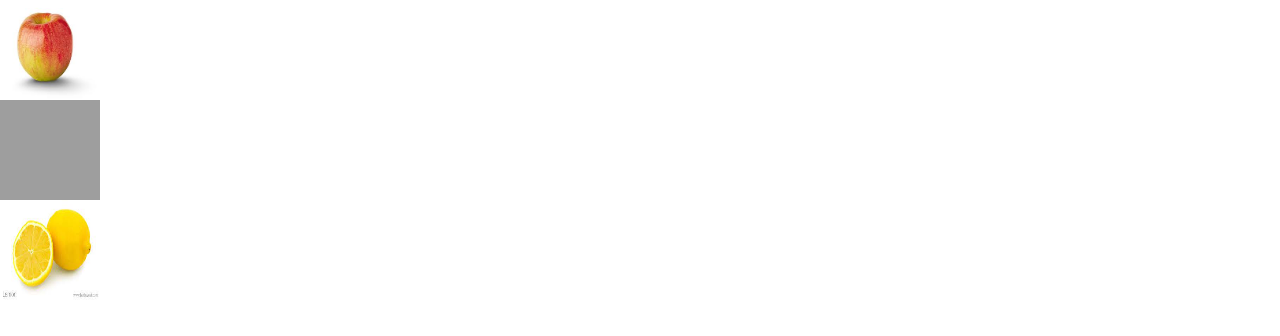
Repository: AytacSafarova/Foods-website
Page: index.html
These files come from the project's save history. The page is drawn as it stood at one moment and after the next save; the edit follows.
The browser window is 1280 px wide. The pictures show the whole page.
Pictures or frames that could not be fetched are drawn as grey boxes.

Above is the page before, as saved 2023-04-27 16:39:18.

After the next save:
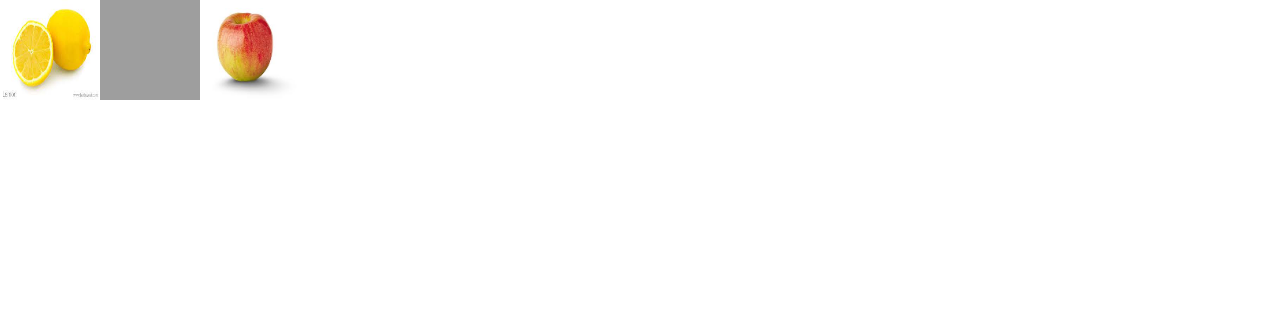
Saved 10 s later.
--- a/index.css
+++ b/index.css
@@ -10,7 +10,7 @@
 }
 .container{
     display: flex;
-    flex-direction: column-reverse;
+    flex-direction: row;
 }
 img{
     width: 100px;
